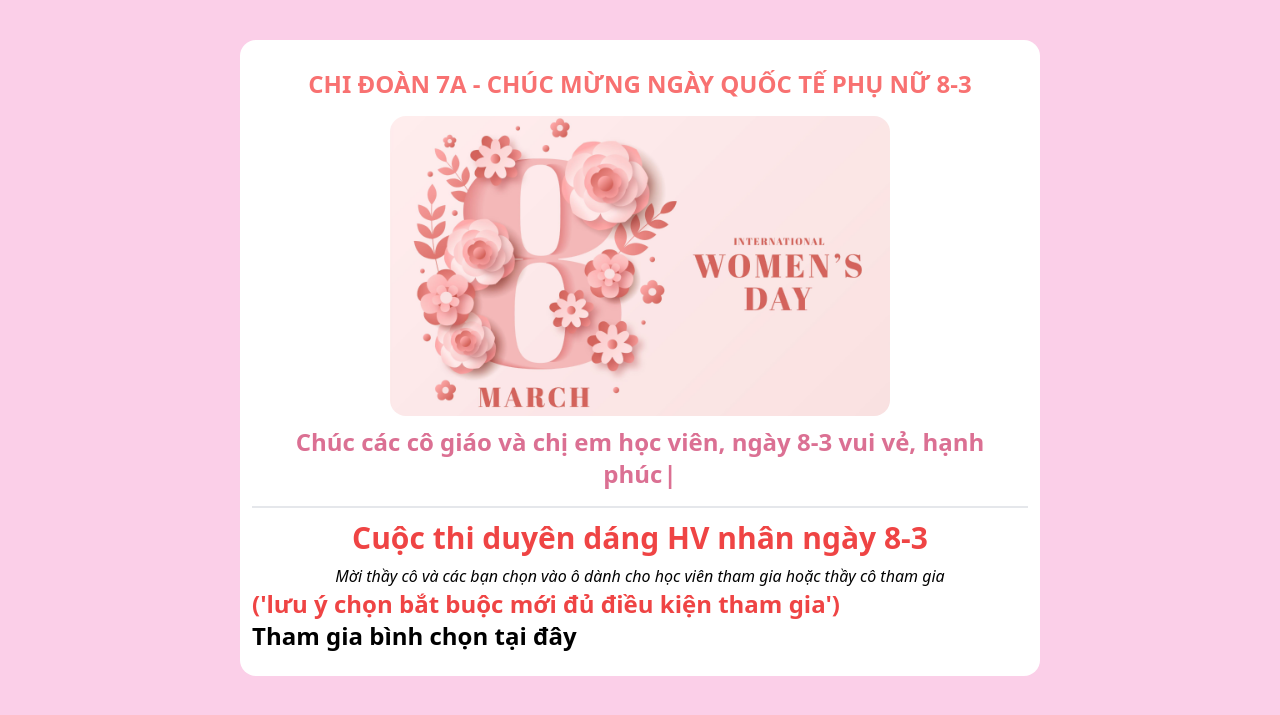
Repository: hoang0508/web-837A
Page: /
The author's editor kept a copy of each file at every save. The page is drawn from the files as they stood at one save, then again after the next save.
The browser window is 1280 px wide. The pictures show the whole page.
Some web fonts or font styles are not loaded; a fallback is used. The project was rebuilt for these pictures with package versions that can differ from the ones it lists, and the page was loaded fresh each time. Also part of the build but not shown: vite.config.js.

Above is the page before, as saved 2025-02-28 19:26:58.

### index.html
<!DOCTYPE html>
<html lang="en">
  <head>
    <meta charset="UTF-8" />
    <link rel="icon" type="image/svg+xml" href="/vite.svg" />
    <meta name="viewport" content="width=device-width, initial-scale=1.0" />
    <link rel="preconnect" href="https://fonts.googleapis.com" />
    <link rel="preconnect" href="https://fonts.gstatic.com" crossorigin />
    <link
      href="https://fonts.googleapis.com/css2?family=Bai+Jamjuree:ital,wght@0,200;0,300;0,400;0,500;0,600;0,700;1,200;1,300;1,400;1,500;1,600;1,700&family=Montserrat:ital,wght@0,100..900;1,100..900&display=swap"
      rel="stylesheet"
    />
    <title>Vite + React</title>
  </head>
  <body>
    <div id="root"></div>
    <script type="module" src="/src/main.jsx"></script>
  </body>
</html>

### src/index.css
@import url("https://fonts.googleapis.com/css2?family=Bai+Jamjuree:ital,wght@0,200;0,300;0,400;0,500;0,600;0,700;1,200;1,300;1,400;1,500;1,600;1,700&family=Montserrat:ital,wght@0,100..900;1,100..900&display=swap");
@tailwind base;
@tailwind components;
@tailwind utilities;
*,
*:before,
*:after {
  box-sizing: border-box;
}

img,
picture,
svg,
video {
  display: block;
  max-width: 100%;
}
input,
select,
textarea {
  background-color: transparent;
  outline: none;
}
button {
  cursor: pointer;
  background-color: transparent;
  outline: none;
  border: 0;
}
body {
  min-height: 100vh;
  font-weight: 400;
  font-size: 16px;
  line-height: 1;
}

.Typewriter {
  margin: 10px;
  color: palevioletred;
  text-align: center;
  height: 70px;
}

### src/App.jsx
import { useState } from "react";
import reactLogo from "./assets/react.svg";
import anh83 from "./assets/anh832.png";
import Typewriter from "typewriter-effect";

import "./index.css";

function App() {
  const [count, setCount] = useState(0);

  return (
    <>
      <div className="text-2xl font-bold  bg-pink-200 min-h-screen p-10">
        <div className="bg-white shadow-3xl p-3 w-[800px]  my-0 mx-auto rounded-2xl">
          <h1 className="text-center text-red-400 p-4 uppercase">
            Chi đoàn 7A - CHÚC MỪNG NGÀY QUỐC TẾ PHỤ NỮ 8-3
          </h1>
          <div className="mx-auto w-[500px] h-[300px]">
            <img
              src={anh83}
              alt="##"
              className="w-full h-full object-cover rounded-2xl"
            />
          </div>
          <div className="border-b-2 border-gray-200">
            <Typewriter
              options={{
                strings: [
                  `${"Chúc các cô giáo và chị em học viên, ngày 8-3 vui vẻ, hạnh phúc, luôn mạnh khỏe và thành công! 🌸💐❤️❤️❤️💰"}`,
                ],
                delay: 75,
                autoStart: true,
                loop: true,
              }}
            />
          </div>
          <div className="my-3">
            <h3 className="text-center font-bold text-red-500 mb-2 text-3xl">
              Cuộc thi duyên dáng HV nhân ngày 8-3
            </h3>
            <p className="text-center italic text-base font-light">
              Mời thầy cô và các bạn chọn vào ô dành cho học viên tham gia hoặc
              thầy cô tham gia
            </p>
            <span className="text-center text-red-500">
              ('lưu ý chọn bắt buộc mới đủ điều kiện tham gia')
            </span>
            <button>Tham gia bình chọn tại đây</button>
          </div>
        </div>
      </div>
    </>
  );
}

export default App;

### tailwind.config.js
/** @type {import('tailwindcss').Config} */
export default {
  content: ["./index.html", "./src/**/*.{js,ts,jsx,tsx}"],
  theme: {
    extend: {
      keyframes: {
        typing: {
          "0%": {
            width: "0%",
            visibility: "hidden",
          },
          "100%": {
            width: "100%",
          },
        },
        blink: {
          "50%": {
            borderColor: "transparent",
          },
          "100%": {
            borderColor: "white",
          },
        },
      },
      animation: {
        typing: "typing 5s steps(40) infinite alternate, blink .10s infinite",
      },
    },
  },
  plugins: [],
};

Loaded but not shown: src/main.jsx (common file)

After the next save:
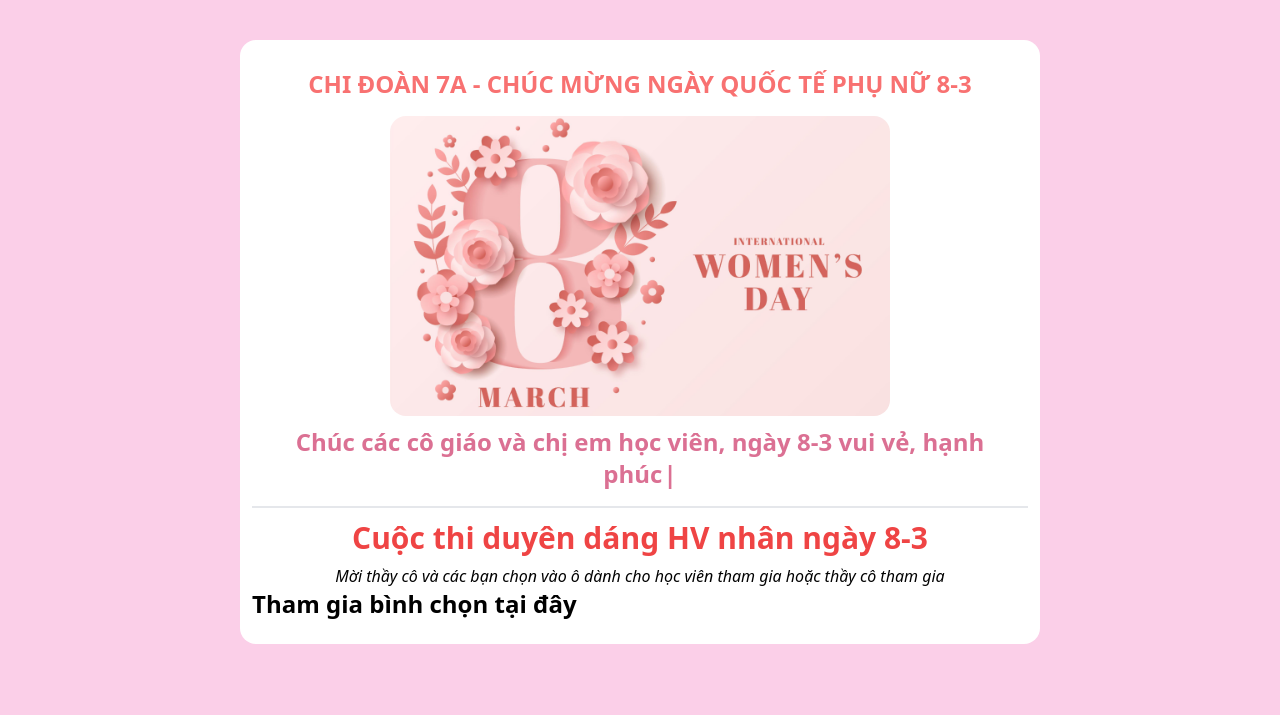
Saved 80 s later.
--- a/src/App.jsx
+++ b/src/App.jsx
@@ -42,9 +42,6 @@ function App() {
               Mời thầy cô và các bạn chọn vào ô dành cho học viên tham gia hoặc
               thầy cô tham gia
             </p>
-            <span className="text-center text-red-500">
-              ('lưu ý chọn bắt buộc mới đủ điều kiện tham gia')
-            </span>
             <button>Tham gia bình chọn tại đây</button>
           </div>
         </div>
